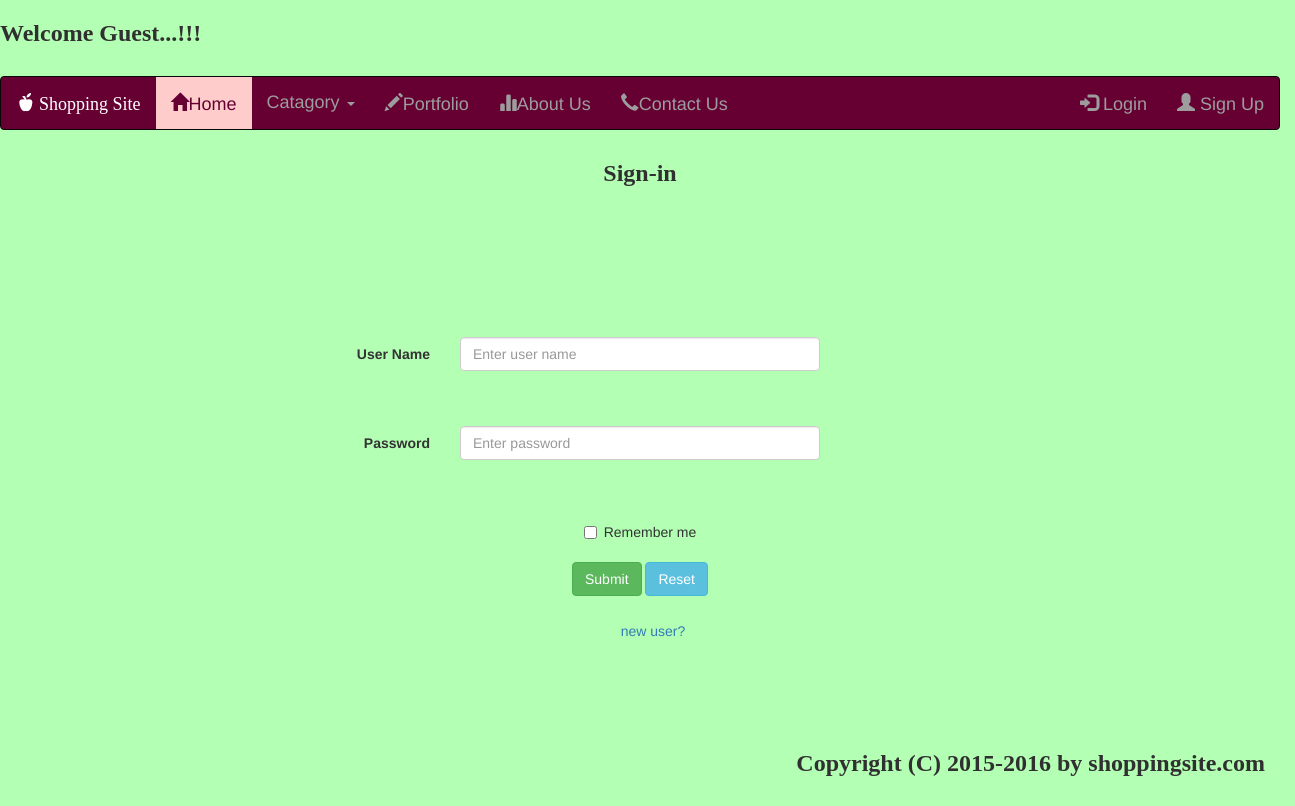
Repository: priyasuthakar/priya
Page: http://localhost/Apple/WEB-INF/views/login.jsp
An editor plug-in stored every save of this project. The page is shown before and after the next save, followed by the edit.
The browser window is 1280 px wide. The page is 1280 px wide, then 1295 px, so the pictures cover 1295 px, including what lies to the right of the window. The pictures show the whole page.
The page is served by Tomcat 9. Nobody is signed in. The template is opened directly, without the code that normally fills it, so the values that code supplies are empty.

Above is the page before, as saved 2016-08-25 18:15:28.

After the next save:
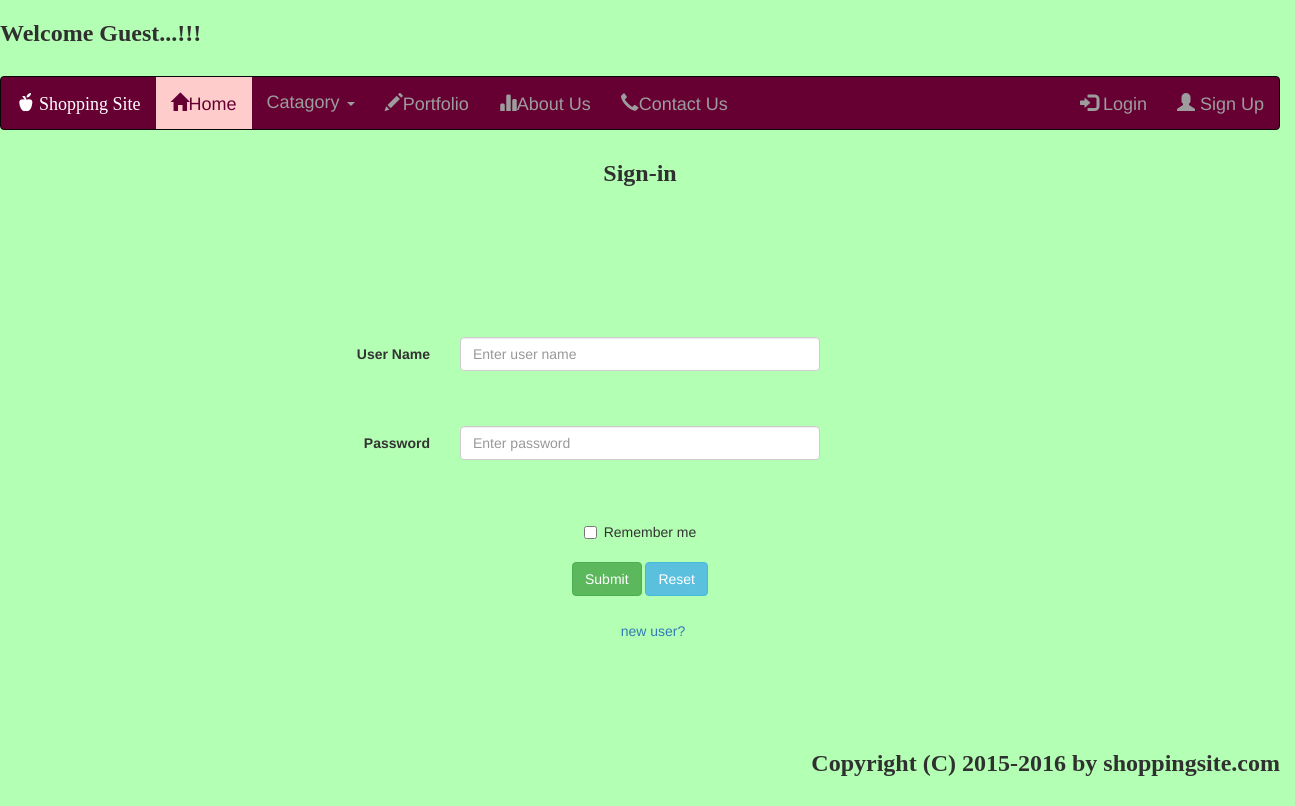
Saved 24 s later.
--- a/Apple/src/main/webapp/WEB-INF/views/login.jsp
+++ b/Apple/src/main/webapp/WEB-INF/views/login.jsp
@@ -131,7 +131,6 @@ footer .glyphicon {
 	</center>
 	<br>
 	<br>
-	<footer class="container-fluid bg-4 text-center"> <%@include
-		file="Footer.jsp"%> </footer>
+<%@include file="Footer.jsp"%>
 </body>
 </html>
